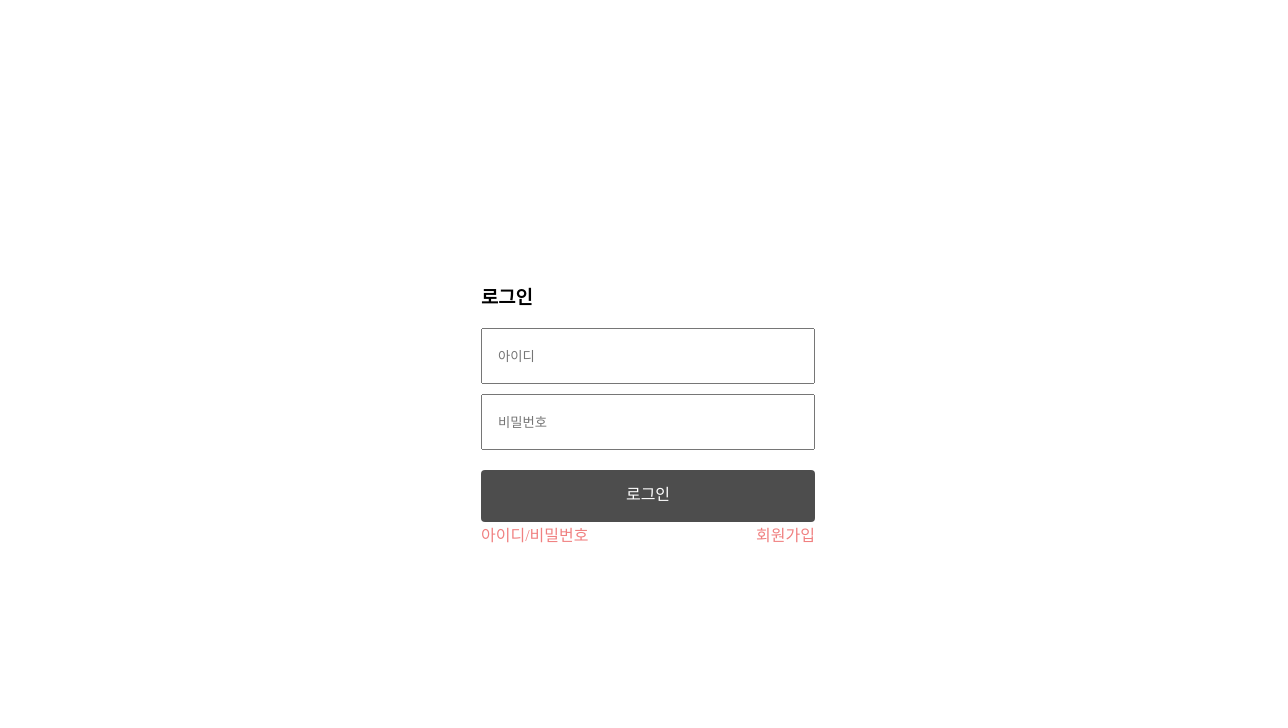
Repository: agheha/trillion
Page: YH/study_project/html/login.html
An editor plug-in stored every save of this project. The page is shown before and after the next save, followed by the edit.
The browser window is 1280 px wide. The page is 1288 px wide, so the pictures cover 1288 px, including what lies to the right of the window. The pictures show the whole page.

Above is the page before, as saved 2019-09-04 17:00:04.

### YH/study_project/html/login.html
<!DOCTYPE html>
<html lang="en">
<head>
    <meta charset="UTF-8">
    <meta name="viewport" content="width=device-width, initial-scale=1.0">
    <meta http-equiv="X-UA-Compatible" content="ie=edge">
    <title>Document</title>
    <link rel="stylesheet" href="./../css/login.css">
</head>
<body>
    <div>
        <header></header>
        <fieldset>

            <form action="">
                <h3>로그인</h3>
                <div class="form_login">
                    <input  type="text" id="id" placeholder="아이디">
                </div>
                <div class="form_login">
                    <input class="form_login"type="password" id="pass" placeholder="비밀번호">
                </div>
                <div>
                    <a class="btn" id="loginBtn" href="">로그인</a>
                </div>
                <span><a href="">아이디/비밀번호</a></span>
                <span class="signup"id="signUp"><a href="">회원가입</a></span>
            </form>
            </form>
        </fieldset>
        <div>
        </div>
        <footer></footer>
    </div>
</body>
</html>

### YH/study_project/css/login.css
body, html {
    width: 100%;
    height : 100%;
}
fieldset {
    width: 300px;
    margin : 0 auto;
    border: none;
}
header {
    width: 100%;
    height: 250px;
}
footer {
    width: 100%;
    height: 100px;
}
input {
    width : 300px;
    height: 52px;
    padding : 0 15px;
}
.form_login {
    margin-bottom : 10px;
}
a {
    font-family: "NotoSansKR Regular" !important;
}
.btn{
    color: #fff;
    background-color: #4d4d4d;
    border-color: #404040;
    display: block;
    width : 100%;
    height: 52px;
    border-radius: 4px;
    line-height: 50px;
    text-align: center;
    margin-top
}
a{
    text-decoration: none;
    color: lightcoral;
}
.signup {
    float: right;
}

After the next save:
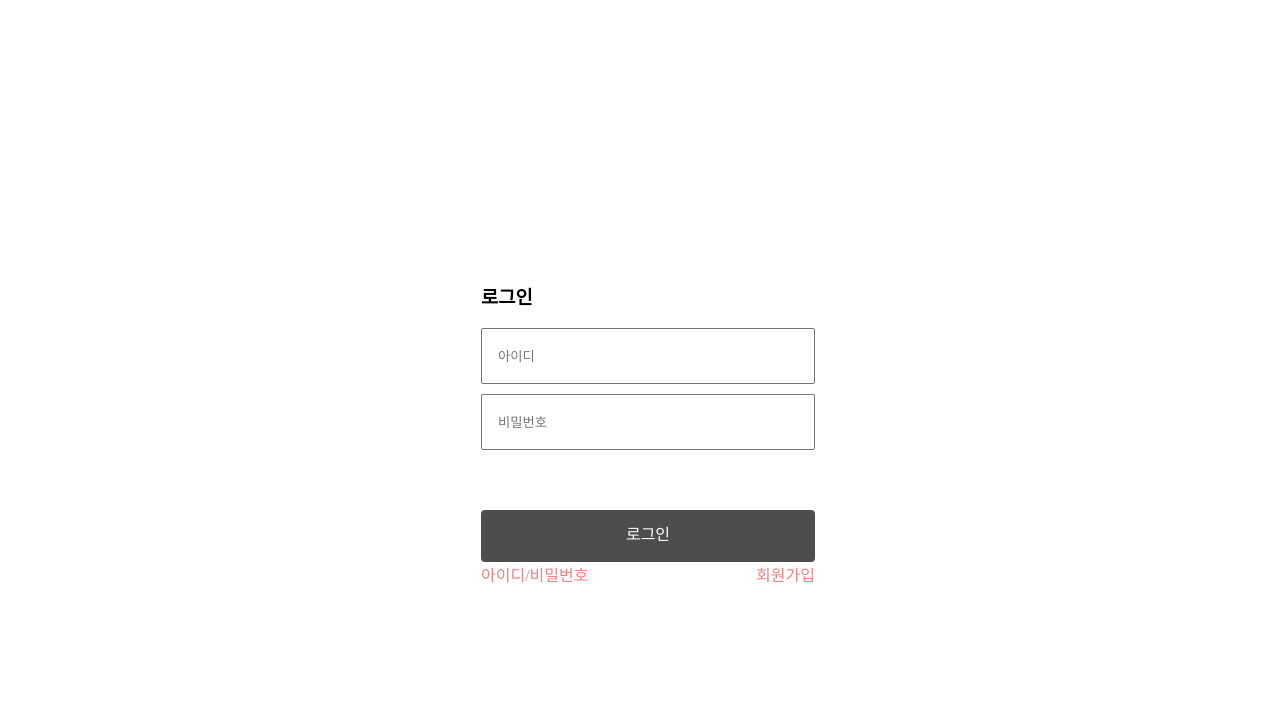
Saved 7 s later.
--- a/YH/study_project/css/login.css
+++ b/YH/study_project/css/login.css
@@ -36,7 +36,7 @@ a {
     border-radius: 4px;
     line-height: 50px;
     text-align: center;
-    margin-top
+    margin-top: 50px;
 }
 a{
     text-decoration: none;

After the 2 saves that followed:
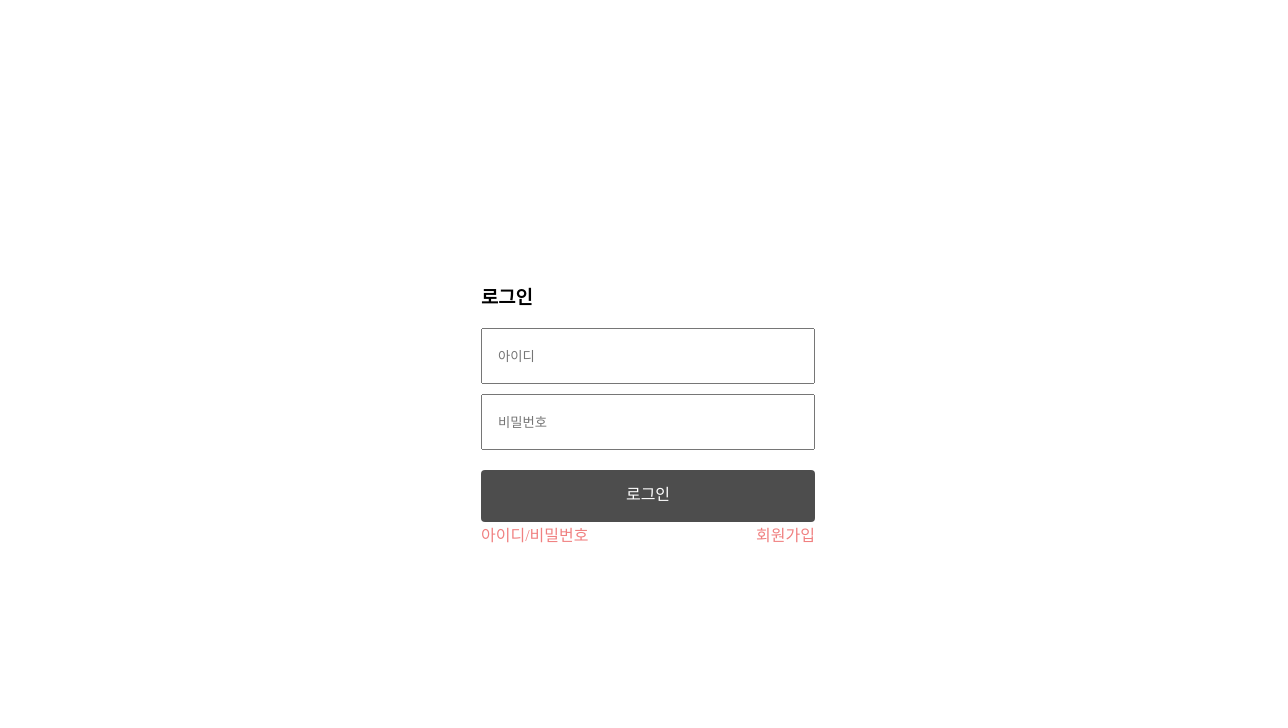
The 2 saves are shown as one change because 1 left the picture as it was.
The last was saved 17 s later.
--- a/YH/study_project/css/login.css
+++ b/YH/study_project/css/login.css
@@ -36,7 +36,6 @@ a {
     border-radius: 4px;
     line-height: 50px;
     text-align: center;
-    margin-top: 50px;
 }
 a{
     text-decoration: none;
